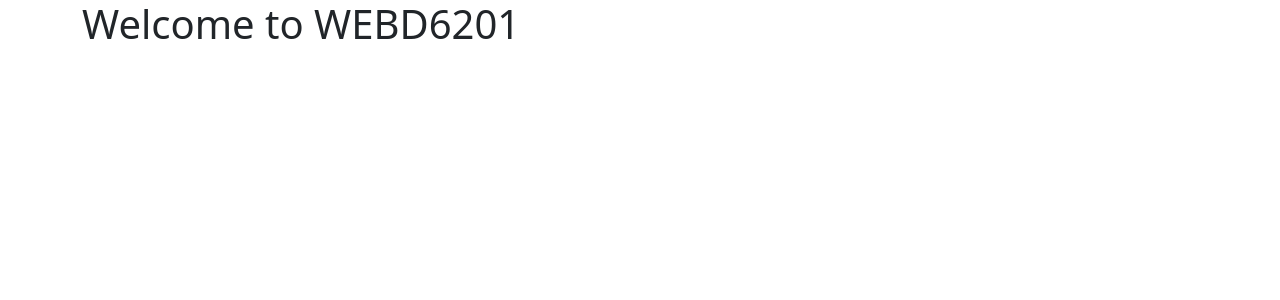
Repository: evanpalmer002/WEBD6201-W2021-Week2A
Page: week2a/index.html
The author's editor kept a copy of each file at every save. The page is drawn from the files as they stood at one save, then again after the next save.
The browser window is 1280 px wide. The pictures show the whole page.

Above is the page before, as saved 2021-01-19 09:19:20.

### week2a/index.html
<!DOCTYPE html>
<html lang="en">
<head>
    <meta charset="UTF-8">
    <meta name="viewport" content="width=device-width, initial-scale=1.0">
    <title>WEBD6201 - ICE 1</title>
    <!-- CSS Section -->
    <link rel="stylesheet" href="./node_modules/bootstrap/dist/css/bootstrap.min.css">
    <link rel="stylesheet" href="./node_modules/@fortawesome//fontawesome-free/css/all.min.css">
    <link rel="stylesheet" href="./Content/app.css">
</head>
<body>

    <div class="container">
        <h1>Welcome to WEBD6201</h1>
    </div>

    <!-- JavaScript Section -->
    <script src="./node_modules/jquery/dist/jquery.min.js"></script>
    <script src="./node_modules/bootstrap/dist/js/bootstrap.bundle.min.js"></script>
    <script src="./Scripts/app.js"></script>
</body>
</html>

### week2a/Scripts/app.js
/*custon javascript  goes here */

// - Immediately invoked function Expression

(function()
{

    function Start()
    {
        console.log("App Started...");

    }

    window.addEventListener("load", Start);
})();

Loaded but not shown: week2a/node_modules/bootstrap/dist/css/bootstrap.min.css (library); week2a/node_modules/@fortawesome/fontawesome-free/css/all.min.css (library); week2a/node_modules/jquery/dist/jquery.min.js (library); week2a/node_modules/bootstrap/dist/js/bootstrap.bundle.min.js (library); week2a/Content/app.css (no stored copy; drawn as an empty file)

After the next save:
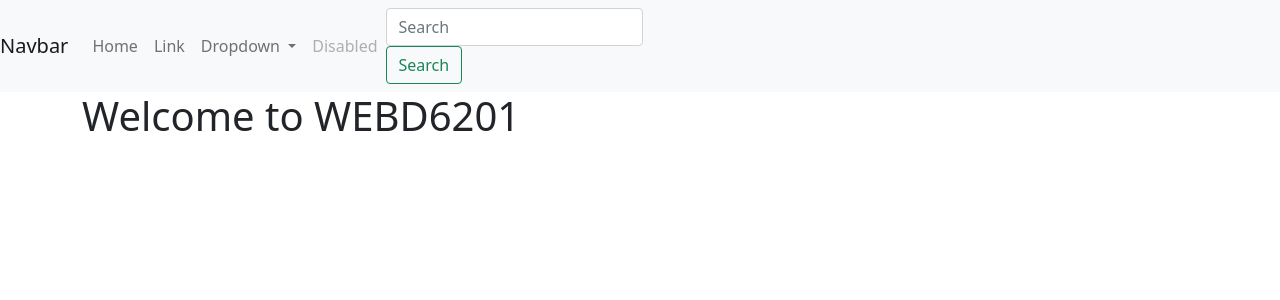
Saved 61 s later.
--- a/week2a/index.html
+++ b/week2a/index.html
@@ -11,9 +11,53 @@
 </head>
 <body>
 
+
+    <header>
+
+        <nav class="navbar navbar-expand-lg navbar-light bg-light">
+            <a class="navbar-brand" href="#">Navbar</a>
+            <button class="navbar-toggler" type="button" data-toggle="collapse" data-target="#navbarSupportedContent" aria-controls="navbarSupportedContent" aria-expanded="false" aria-label="Toggle navigation">
+              <span class="navbar-toggler-icon"></span>
+            </button>
+
+            <div class="collapse navbar-collapse" id="navbarSupportedContent">
+              <ul class="navbar-nav mr-auto">
+                <li class="nav-item active">
+                  <a class="nav-link" href="#">Home <span class="sr-only">(current)</span></a>
+                </li>
+                <li class="nav-item">
+                  <a class="nav-link" href="#">Link</a>
+                </li>
+                <li class="nav-item dropdown">
+                  <a class="nav-link dropdown-toggle" href="#" id="navbarDropdown" role="button" data-toggle="dropdown" aria-haspopup="true" aria-expanded="false">
+                    Dropdown
+                  </a>
+                  <div class="dropdown-menu" aria-labelledby="navbarDropdown">
+                    <a class="dropdown-item" href="#">Action</a>
+                    <a class="dropdown-item" href="#">Another action</a>
+                    <div class="dropdown-divider"></div>
+                    <a class="dropdown-item" href="#">Something else here</a>
+                  </div>
+                </li>
+                <li class="nav-item">
+                  <a class="nav-link disabled" href="#">Disabled</a>
+                </li>
+              </ul>
+              <form class="form-inline my-2 my-lg-0">
+                <input class="form-control mr-sm-2" type="search" placeholder="Search" aria-label="Search">
+                <button class="btn btn-outline-success my-2 my-sm-0" type="submit">Search</button>
+              </form>
+            </div>
+          </nav>
+    </header>
+
     <div class="container">
         <h1>Welcome to WEBD6201</h1>
     </div>
+
+    <footer>
+
+    </footer>
 
     <!-- JavaScript Section -->
     <script src="./node_modules/jquery/dist/jquery.min.js"></script>
